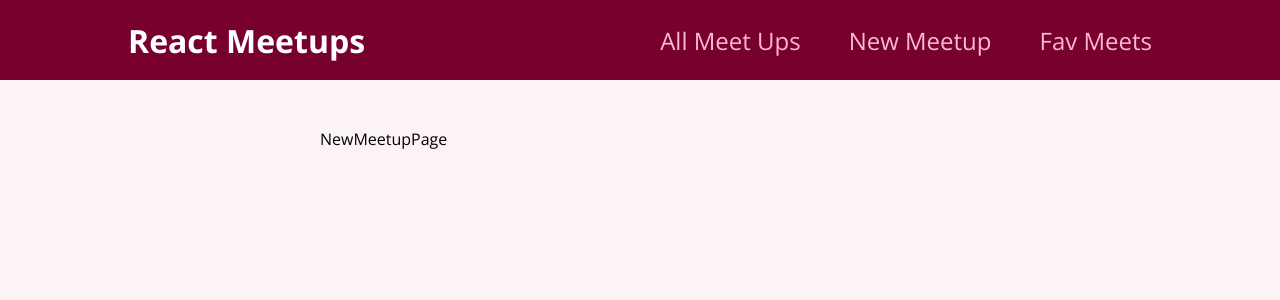
Repository: portretrieve/react-meetup-app
Page: /meet
An editor plug-in stored every save of this project. The page is shown before and after the next save, followed by the edit.
The browser window is 1280 px wide. The pictures show the whole page.
The project was rebuilt for these pictures with package versions that can differ from the ones it lists, and the page was loaded fresh each time. A package was used in the major version that the imports need, not the one package.json lists. Also part of the build but not shown: src/components/meetups/MeetupList.module.css, src/components/meetups/Meetupitem.module.css, src/components/userInterface/Card.module.css, src/components/userInterface/Card.js, src/components/meetups/MeetupItem.js, src/components/meetups/MeetupList.js, src/pages/AllMeetups.js, src/pages/Favourites.js.

Above is the page before, as saved 2021-08-19 00:56:39.

### src/App.js
import { Route, Switch } from "react-router-dom";

import AllMeetupsPage from "./pages/AllMeetups";
import FavouritesPage from "./pages/Favourites";
import NewMeetupPage from "./pages/NewMeetup";
import Layout from "./components/layout/Layout";

function App() {
  return (
    <Layout>
      <Switch>
        <Route path="/" exact>
          <AllMeetupsPage />
        </Route>
        <Route path="/meet">
          <NewMeetupPage />
        </Route>
        <Route path="/fav">
          <FavouritesPage />
        </Route>
      </Switch>
    </Layout>
  );
}

export default App;

### src/pages/NewMeetup.js
function NewMeetupPage() {
  return <div>NewMeetupPage</div>;
}

export default NewMeetupPage;

### src/components/layout/Layout.js
import classes from "./Layout.module.css";
import MainNavigation from "./MainNavigation";
function Layout(props) {
  return (
    <div>
      <MainNavigation></MainNavigation>
      <main className={classes.main}>{props.children}</main>
    </div>
  );
}

export default Layout;

### src/components/layout/MainNavigation.js
import { Link } from "react-router-dom";
import classes from "./MainNavigation.module.css";

function MainNavigation() {
  return (
    <header className={classes.header}>
      <div className={classes.logo}>React Meetups</div>
      <nav>
        <ul>
          <li>
            <Link to="/">All Meet Ups</Link>
          </li>
          <li>
            <Link to="/meet">New Meetup</Link>
          </li>
          <li>
            <Link to="/fav">Fav Meets</Link>
          </li>
        </ul>
      </nav>
    </header>
  );
}

export default MainNavigation;

Loaded but not shown: public/index.html (common file); src/index.js (common file); src/index.css (common file); src/components/layout/Layout.module.css (common file); src/components/layout/MainNavigation.module.css (common file)

After the next save:
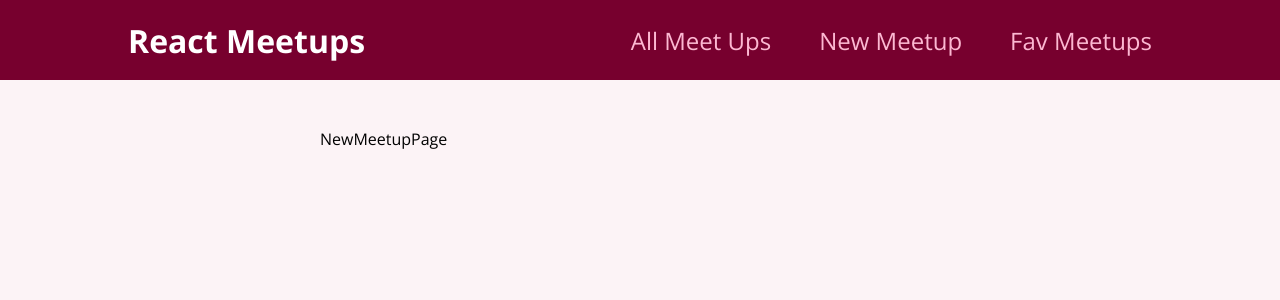
Saved 4 s later.
--- a/src/components/layout/MainNavigation.js
+++ b/src/components/layout/MainNavigation.js
@@ -14,7 +14,7 @@ function MainNavigation() {
             <Link to="/meet">New Meetup</Link>
           </li>
           <li>
-            <Link to="/fav">Fav Meets</Link>
+            <Link to="/fav">Fav Meetups</Link>
           </li>
         </ul>
       </nav>
